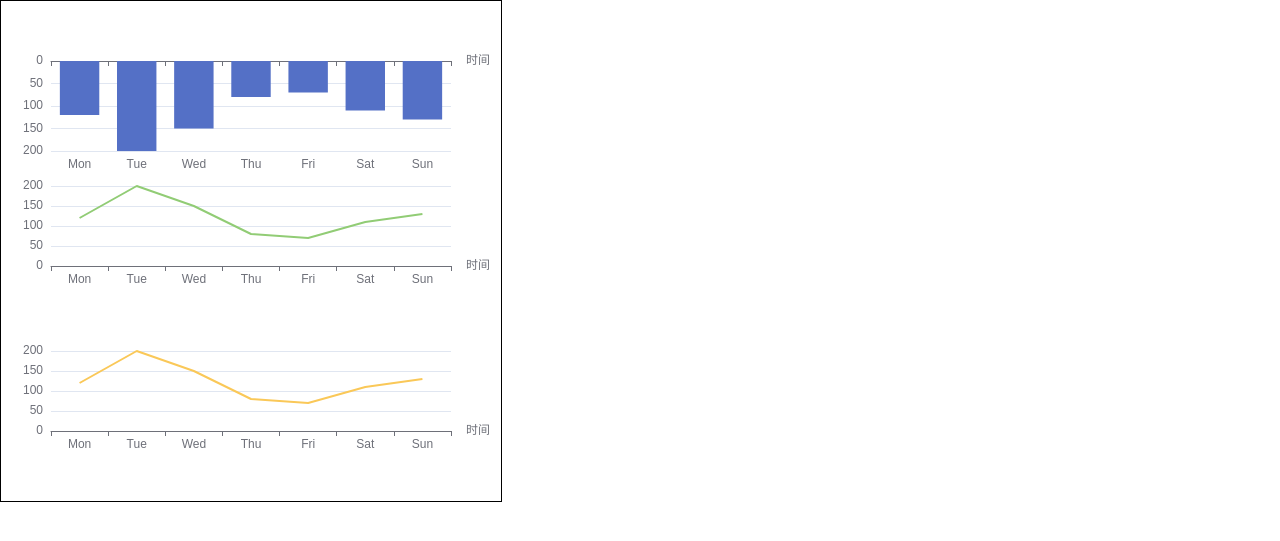
Repository: LeP-Ton/curve
Page: /
An editor plug-in stored every save of this project. The page is shown before and after the next save, followed by the edit.
The browser window is 1280 px wide. The pictures show the whole page.
The project was rebuilt for these pictures with package versions that can differ from the ones it lists, and the page was loaded fresh each time.

Above is the page before, as saved 2022-08-18 20:24:21.

After the next save:
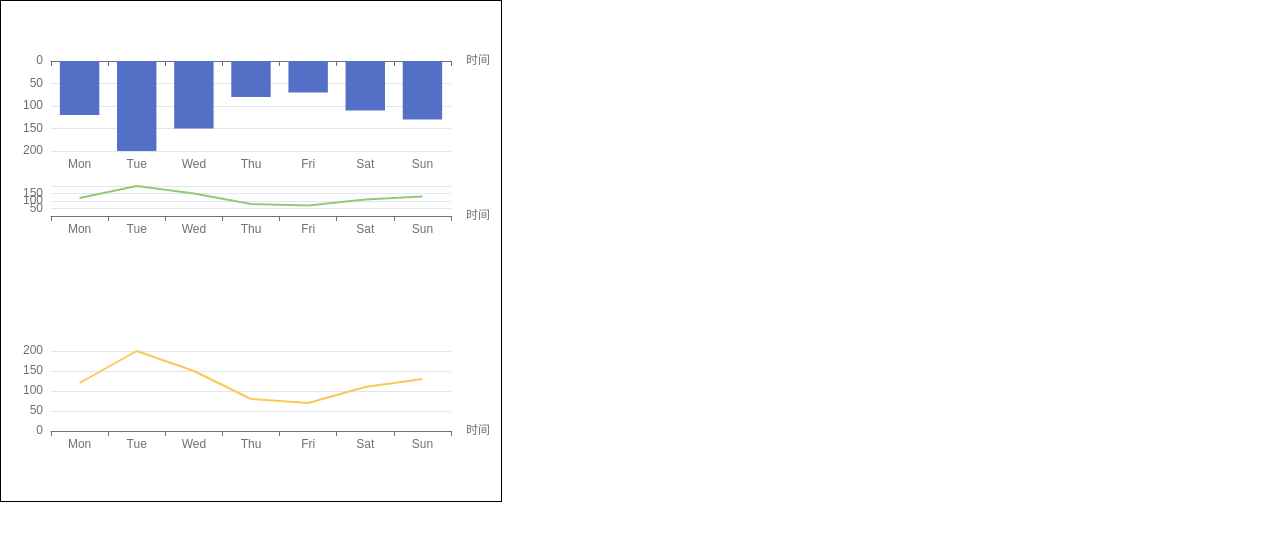
Saved 7 s later.
--- a/src/index.js
+++ b/src/index.js
@@ -51,7 +51,7 @@ const option = {
     },
     {
       top: '37%',
-      bottom:'47%'
+      bottom:'57%'
     },
     {
       top: '70%',
